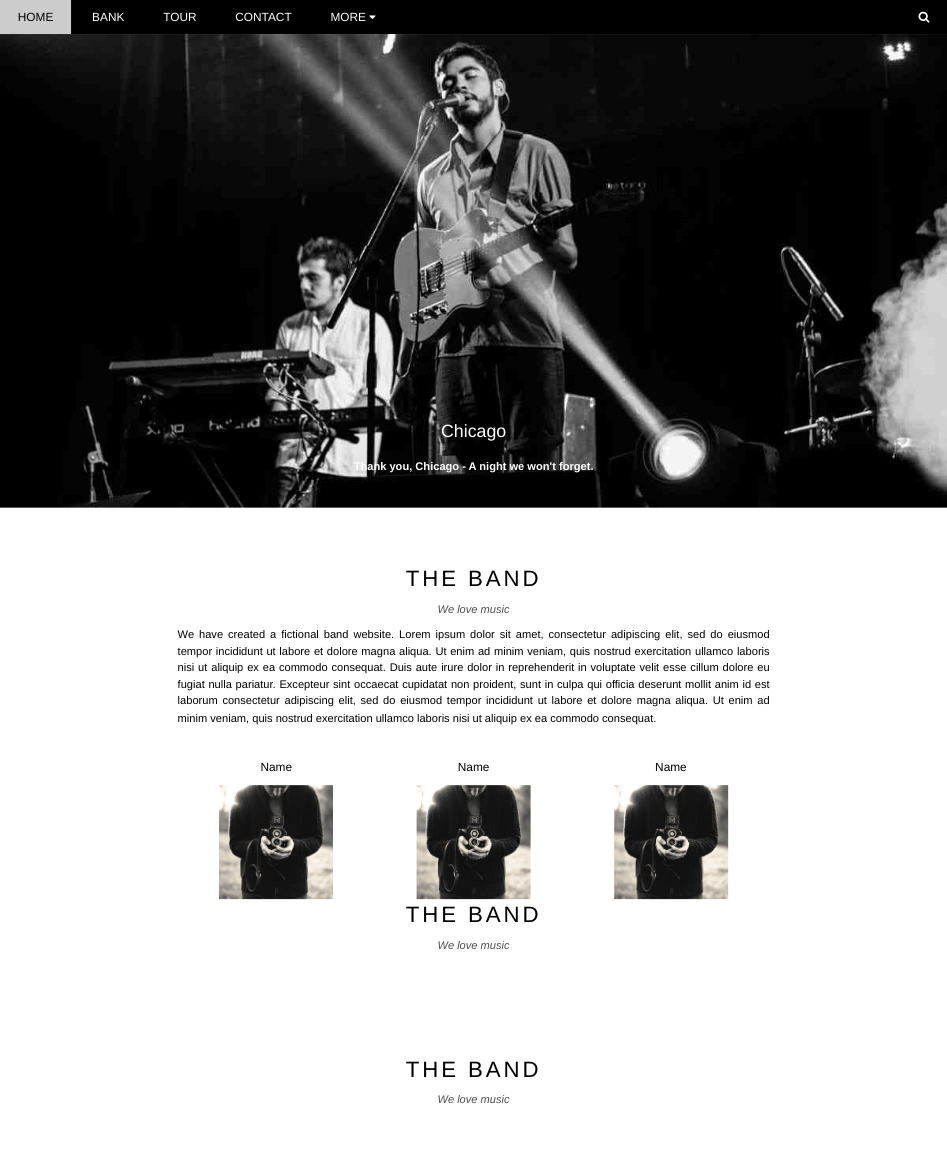
Repository: vuongtm1999/TheBand_W3School
Page: index.html
The author's editor kept a copy of each file at every save. The page is drawn from the files as they stood at one save, then again after the next save.
The browser window is 1280 px wide. The pictures show the whole page, at 74% of full size.

Above is the page before, as saved 2022-08-26 13:30:57.

### index.html
<!DOCTYPE html>
<html lang="en">
<head>
    <meta charset="UTF-8">
    <meta http-equiv="X-UA-Compatible" content="IE=edge">
    <meta name="viewport" content="width=device-width, initial-scale=1.0">
    <title>Document</title>
    <link rel="stylesheet" href="./assets/css/style.css">
    <link rel="stylesheet" href="https://cdnjs.cloudflare.com/ajax/libs/font-awesome/4.7.0/css/font-awesome.min.css">

</head>
<body>
        <div id="header">
            <!-- begin: nav -->
            <ul id="nav">
                <li><a href="#">Home</a></li>
                <li><a href="#">Bank</a></li>
                <li><a href="#">Tour</a></li>
                <li><a href="#">Contact</a></li>
                <li>
                    <a href="#">More <i style="font-size: 15px;" class="fa fa-caret-down"></i></a>
                    <ul class="subnav">
                        <li><a href="#">Merchandise</a></li>
                        <li><a href="#">Extras</a></li>
                        <li><a href="#">Media</a></li>
                    </ul>
                </li>
            </ul>
            <!-- end: nav -->

            <!-- begin: search button -->
            <div class="search-button">
                <i class="fa fa-search"></i>
            </div>
            <!-- end: search button -->
        </div>

        <div id="slider">
            <div class="text-content">
                <div class="container">
                    <h3 class=text-heading>
                        Chicago
                    </h3>
                    <div class="text-description">
                        Thank you, Chicago - A night we won't forget.
                    </div>
                </div>
            </div>
        </div>

        <div id="content">
            <!-- about section -->
            <div class="content-section">
                <h2 class="section-heading">THE BAND</h2>
                <p class="section-sub-heading">We love music</p>
                <p class="section-about-text">We have created a fictional band website. Lorem ipsum dolor sit amet, consectetur adipiscing elit, sed do eiusmod tempor incididunt ut labore et dolore magna aliqua. Ut enim ad minim veniam, quis nostrud exercitation ullamco laboris nisi ut aliquip ex ea commodo consequat. Duis aute irure dolor in reprehenderit in voluptate velit esse cillum dolore eu fugiat nulla pariatur. Excepteur sint occaecat cupidatat non proident, sunt in culpa qui officia deserunt mollit anim id est laborum consectetur adipiscing elit, sed do eiusmod tempor incididunt ut labore et dolore magna aliqua. Ut enim ad minim veniam, quis nostrud exercitation ullamco laboris nisi ut aliquip ex ea commodo consequat.</p>

                <div class="member-list">

                    <div class="member-item">
                        <p class="member-name">Name</p>
                        <img class="member-image" src="assets/img/bandmember.jpg" alt="member">
                    </div>

                    <div class="member-item">
                        <p class="member-name">Name</p>
                        <img class="member-image" src="assets/img/bandmember.jpg" alt="member">
                    </div>

                    <div class="member-item">
                        <p class="member-name">Name</p>
                        <img class="member-image" src="assets/img/bandmember.jpg" alt="member">
                    </div>

                    <div class="clearFloat"></div>
                </div>
            </div>

            <!-- TOUR DATES section -->
            <div class="content-section">
                <h2 class="section-heading">THE BAND</h2>
                <p class="section-sub-heading">We love music</p>
            </div>

            <!-- CONTACT section -->
            <div class="content-section">
                <h2 class="section-heading">THE BAND</h2>
                <p class="section-sub-heading">We love music</p>
            </div>

        </div>

        <div id="footer">

        </div>
    </div>
</body>
</html>

### assets/css/style.css
/* reset CSS */
* {
    margin: 0;
    padding: 0;
    box-sizing: border-box;
}

html {
    font-family: Helvetica, Arial, sans-serif;
}

#nav, .subnav{
    list-style-type: none;
}

#nav{
    display: inline-block;
}

/*
Nguyen tac lam viec
1. Vi tri
2. Kich thuoc
3. Mau sac
4. Kieu dang (kieu chu, hinh tron hay hinh vuong,...)
*/

/*
Tu ngoai vao trong
Tu tren xuong duoi
TU tong quan den chi tiet
 */

#main {}

#header {
    position: fixed;
    z-index: 1;
    height: 46px;
    background-color: #000;
    color: #fff;
    top: 0;
    left: 0;
    right: 0;
}

#nav li {
    text-decoration: none;
    line-height: 46px;
}

a{
    text-decoration: none;
}

#nav > li > a {
    /* display: inline-block; */
    padding: 0px 24px;
    color: #ffffff;
    text-transform: uppercase;
}

#nav > li {
    display: inline-block;
}

#nav li:last-child {
    position: relative;
}

#nav .subnav {
    background-color: #fff;
    position: absolute;
    display: none;
    top: 100%;
    left: 0;
    box-shadow:  0px 0px 10px rgba(0, 0, 0, 0.3);
    min-width: 160px;
}

#nav .subnav a{
    color: #000;
    padding: 0px 12px;
    line-height: 30px;
    display: inline-block;
    width: 100%;
}

#nav .subnav li:hover,
#nav > li:hover > a {
    color: #000;
    background-color: #ccc;
    display: block;
}

#nav > li:last-child:hover .subnav{
    display: block;
}

/* search btn */
#header .search-button{
    float: right;
    line-height: 46px;
    padding: 0 24px;
}

#header .search-button:hover{
    background-color: #f44336;
    cursor: pointer;
}

#slider {
    /* background-color: rgb(27, 22, 22); */
    margin-top: 46px;
/* padding-top bang 50% chieu rong cua thanh phan do */
    padding-top: 50%;
    position: relative;
    background: url("/assets/img/chicago.jpg") top center / cover no-repeat;
}

#slider .text-content{
    position: absolute;
    color: white;
    bottom: 48px;

    /* cach 1 */
    /* left: 50%;
    transform: translateX(-50%); */
    /* cach 2 */
    /* left: 0;
    right: 0; */
    /* cach 3 */
    width: 100%;
    text-align: center;
}

.text-heading{
    font-size: 24px;
    font-weight: 400;
}

.text-description{
    margin-top: 25px;
    font-weight: bolder;
    font-size: 15px;
}

#content .content-section{
    width: 800px;
    padding: 64px 0;
    margin-left: auto;
    margin-right: auto;
}

.content-section .section-heading,
.content-section .section-about-text{
    margin: 15px 0px;
}

.content-section .section-heading,
.content-section .section-sub-heading{
    text-align: center;
}

.content-section .section-sub-heading{
    font-size: 15px;
    opacity: 0.7;
    font-style: italic;
}

.content-section .section-heading{
    font-size: 30px;
    font-weight: 500;
    letter-spacing: 4px;
}

.content-section .section-about-text{
    /* line-height khong co px */
    line-height: 1.5;
    font-size: 15px;
    text-align: justify;
}

.content-section .member-item{
    float: left;
    width: calc(100%/3);

    /* width: 33.333%; */
}

.content-section .member-list{
    margin: 32px 0;
    text-align: center;

    /* Khac phuc khi dung float :left */
    /* overflow: hidden; */
}

.content-section .member-name{
    /* text-align: center; */
}

.content-section .member-name{
    margin: 15px 0;
}

.content-section .member-image{
    width: 154px;
}

.content-section .clearFloat{
    /* clear: both; */
}


#container {
    /* height: 500px;
    background-color: #ccc; */
}

#content {}

#footer {}

After the next save:
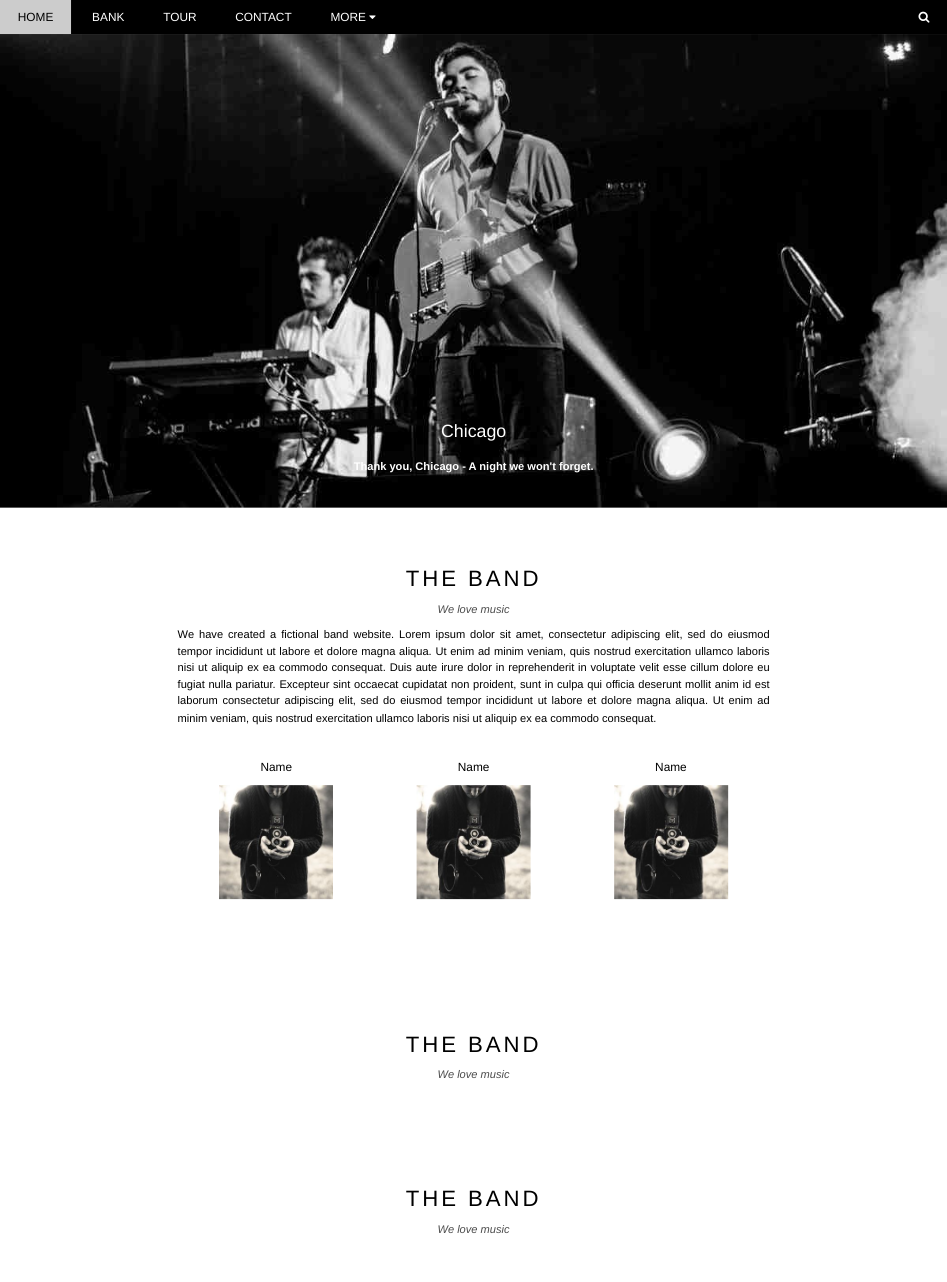
Saved 11 s later.
--- a/assets/css/style.css
+++ b/assets/css/style.css
@@ -209,7 +209,8 @@ a{
 }
 
 .content-section .clearFloat{
-    /* clear: both; */
+    /* Khac phuc khi dung float :left */
+    clear: both;
 }
 
 

After the 2 saves that followed:
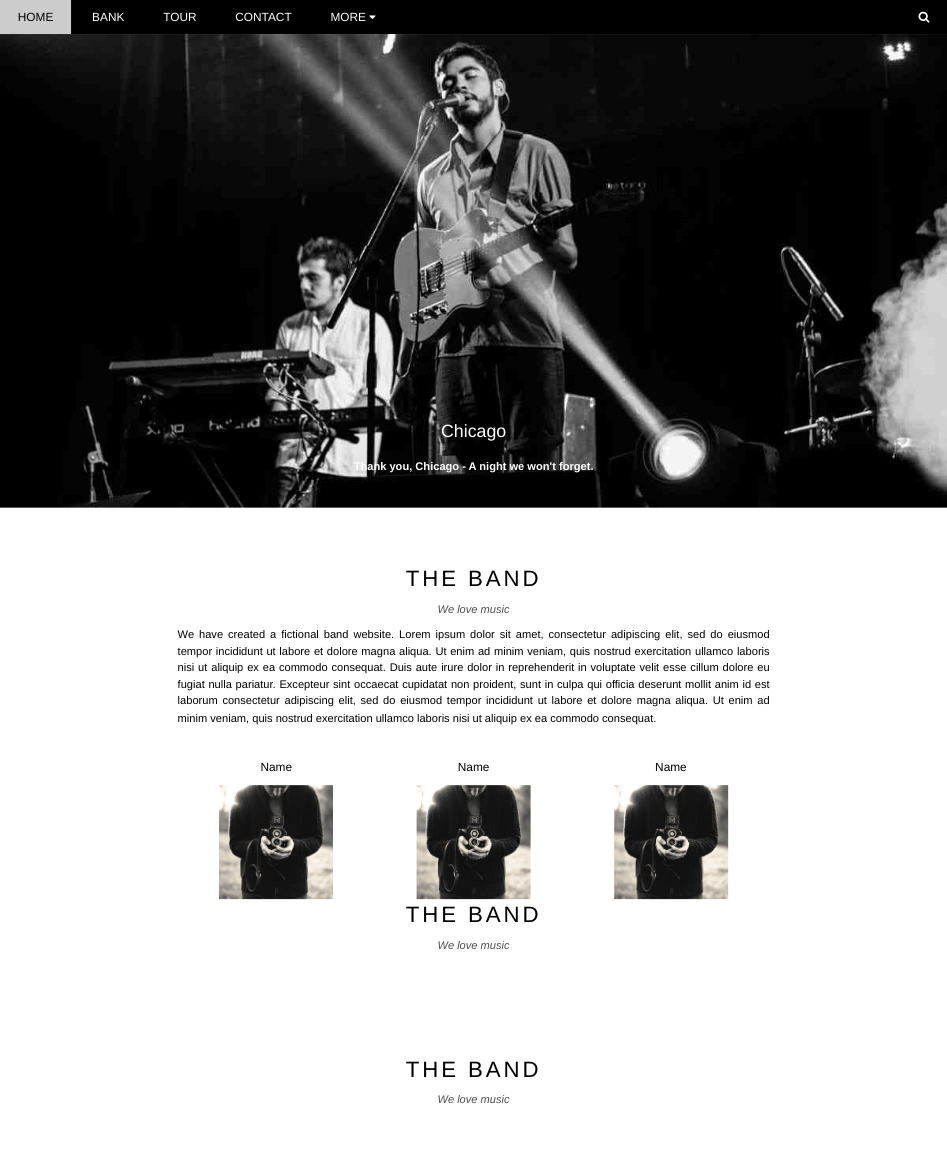
The 2 saves are shown as one change because 1 left the picture as it was.
The last was saved 27 s later.
--- a/index.html
+++ b/index.html
@@ -72,7 +72,7 @@
                         <img class="member-image" src="assets/img/bandmember.jpg" alt="member">
                     </div>
 
-                    <div class="clearFloat"></div>
+                    <p class="clearFloat"></p>
                 </div>
             </div>
 
--- a/assets/css/style.css
+++ b/assets/css/style.css
@@ -210,7 +210,7 @@ a{
 
 .content-section .clearFloat{
     /* Khac phuc khi dung float :left */
-    clear: both;
+    /* clear: both; */
 }
 
 
